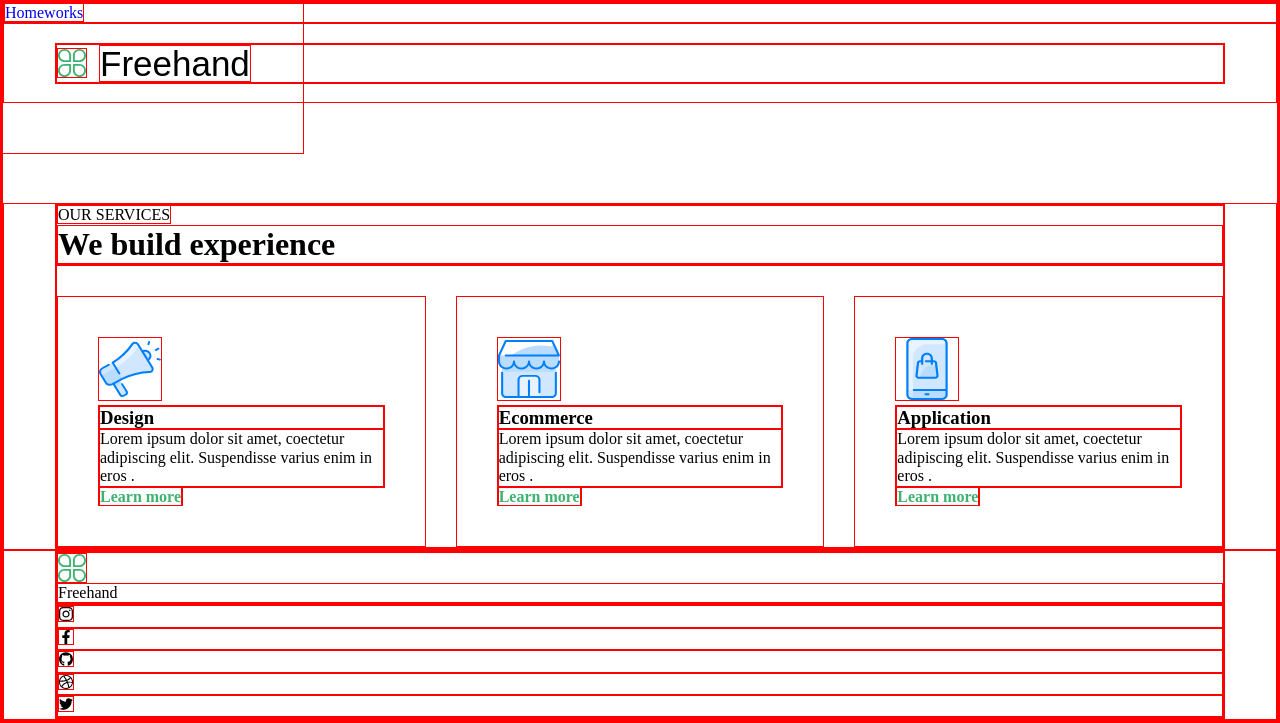
Repository: Tsiniavska/beetroot-test-project
Page: Homeworks/svg/index.html
These files come from the project's save history. The page is drawn as it stood at one moment and after the next save; the edit follows.
The browser window is 1280 px wide. The pictures show the whole page.
Some web fonts or font styles are not loaded; a fallback is used.

Above is the page before, as saved 2024-02-28 22:22:04.

### Homeworks/svg/index.html
<!DOCTYPE html>
<html lang="en">
  <head>
    <meta charset="UTF-8" />
    <meta name="viewport" content="width=device-width, initial-scale=1.0" />
    <title>SVG</title>
    <!-- Fonts -->

    <link rel="preconnect" href="https://fonts.googleapis.com" />
    <link rel="preconnect" href="https://fonts.gstatic.com" crossorigin />
    <link
      href="https://fonts.googleapis.com/css2?family=Nunito+Sans:ital,opsz,wght@0,6..12,200..1000;1,6..12,200..1000&family=Roboto&display=swap"
      rel="stylesheet"
    />
    <link rel="preconnect" href="https://fonts.googleapis.com" />
    <link rel="preconnect" href="https://fonts.gstatic.com" crossorigin />
    <link
      href="https://fonts.googleapis.com/css2?family=Quicksand:wght@500&display=swap"
      rel="stylesheet"
    />

    <!-- Styles -->
    <link rel="stylesheet" href="../../styles/normalize.css" />
    <link rel="stylesheet" href="../../styles/main.css" />
    <link rel="stylesheet" href="./index.css" />
    <link rel="stylesheet" href="./variables.css" />
  </head>
  <body>
    <!-- Icons -->
    <svg
      aria-hidden="true"
      style="position: absolute; overflow: hidden"
      xmlns="http://www.w3.org/2000/svg"
      xmlns:xlink="http://www.w3.org/1999/xlink"
    >
      <defs>
        <symbol id="icon-logo" viewBox="0 0 32 32">
          <path
            d="M7.467 0c-4.124 0-7.467 3.343-7.467 7.467s3.343 7.467 7.467 7.467v0h6.4c0.589 0 1.067-0.478 1.067-1.067v0-6.4c0-4.124-3.343-7.467-7.467-7.467v0zM2.133 7.467c0-2.946 2.388-5.333 5.333-5.333s5.333 2.388 5.333 5.333v0 5.333h-5.333c-2.946 0-5.333-2.388-5.333-5.333v0zM7.467 32c-4.124 0-7.467-3.343-7.467-7.467s3.343-7.467 7.467-7.467v0h6.4c0.589 0 1.067 0.478 1.067 1.067v0 6.4c0 4.124-3.343 7.467-7.467 7.467v0zM2.133 24.533c0 2.945 2.388 5.333 5.333 5.333s5.333-2.388 5.333-5.333v0-5.333h-5.333c-2.946 0-5.333 2.388-5.333 5.333v0zM32 7.467c0-4.124-3.343-7.467-7.467-7.467s-7.467 3.343-7.467 7.467v0 6.4c0 0.589 0.478 1.067 1.067 1.067v0h6.4c4.124 0 7.467-3.343 7.467-7.467v0zM24.533 2.133c2.945 0 5.333 2.388 5.333 5.333s-2.388 5.333-5.333 5.333v0h-5.333v-5.333c0-2.946 2.388-5.333 5.333-5.333v0zM24.533 32c4.124 0 7.467-3.343 7.467-7.467s-3.343-7.467-7.467-7.467v0h-6.4c-0.589 0-1.067 0.478-1.067 1.067v0 6.4c0 4.124 3.343 7.467 7.467 7.467v0zM29.867 24.533c0 2.945-2.388 5.333-5.333 5.333s-5.333-2.388-5.333-5.333v0-5.333h5.333c2.945 0 5.333 2.388 5.333 5.333v0z"
          ></path>
        </symbol>
        <symbol id="icon-twitter" viewBox="0 0 32 32">
          <path
            d="M28.711 9.482c0.020 0.284 0.020 0.569 0.020 0.853 0 8.67-6.599 18.66-18.66 18.66-3.716 0-7.168-1.076-10.071-2.944 0.528 0.061 1.036 0.081 1.584 0.081 3.066 0 5.888-1.036 8.142-2.802-2.883-0.061-5.3-1.949-6.132-4.548 0.406 0.061 0.812 0.102 1.239 0.102 0.589 0 1.178-0.081 1.726-0.223-3.005-0.609-5.259-3.249-5.259-6.437v-0.081c0.873 0.487 1.888 0.792 2.964 0.832-1.766-1.178-2.924-3.188-2.924-5.462 0-1.218 0.325-2.335 0.893-3.31 3.228 3.98 8.081 6.579 13.523 6.863-0.101-0.487-0.162-0.995-0.162-1.502 0-3.614 2.924-6.558 6.558-6.558 1.888 0 3.594 0.792 4.792 2.071 1.482-0.284 2.904-0.833 4.163-1.584-0.487 1.523-1.523 2.802-2.883 3.614 1.32-0.142 2.599-0.508 3.777-1.015-0.893 1.299-2.010 2.457-3.289 3.391z"
          ></path>
        </symbol>
        <symbol id="icon-facebook" viewBox="0 0 32 32">
          <path
            d="M23.446 18l0.889-5.791h-5.557v-3.758c0-1.584 0.776-3.129 3.265-3.129h2.526v-4.931c0 0-2.293-0.391-4.484-0.391-4.576 0-7.567 2.774-7.567 7.795v4.414h-5.087v5.791h5.087v14h6.261v-14h4.668z"
          ></path>
        </symbol>
        <symbol id="icon-instagram" viewBox="0 0 32 32">
          <path
            d="M16.004 7.797c-4.54 0-8.203 3.662-8.203 8.203s3.662 8.203 8.203 8.203 8.203-3.662 8.203-8.203c0-4.54-3.662-8.203-8.203-8.203zM16.004 21.333c-2.934 0-5.333-2.392-5.333-5.333s2.392-5.333 5.333-5.333 5.333 2.392 5.333 5.333c0 2.941-2.399 5.333-5.333 5.333zM26.455 7.462c0 1.064-0.857 1.913-1.913 1.913-1.064 0-1.913-0.857-1.913-1.913s0.857-1.913 1.913-1.913c1.057 0 1.913 0.857 1.913 1.913zM31.887 9.404c-0.121-2.563-0.707-4.833-2.584-6.703-1.87-1.87-4.14-2.456-6.703-2.584-2.641-0.15-10.558-0.15-13.2 0-2.556 0.121-4.826 0.707-6.703 2.577s-2.456 4.141-2.584 6.703c-0.15 2.641-0.15 10.558 0 13.2 0.121 2.563 0.707 4.833 2.584 6.703s4.141 2.456 6.703 2.584c2.641 0.15 10.558 0.15 13.2 0 2.563-0.121 4.833-0.707 6.703-2.584 1.87-1.87 2.456-4.141 2.584-6.703 0.15-2.641 0.15-10.551 0-13.193zM28.475 25.431c-0.557 1.399-1.635 2.477-3.041 3.041-2.106 0.835-7.103 0.642-9.43 0.642s-7.332 0.186-9.43-0.642c-1.399-0.557-2.477-1.635-3.041-3.041-0.835-2.106-0.643-7.103-0.643-9.431s-0.186-7.332 0.643-9.43c0.557-1.399 1.635-2.477 3.041-3.041 2.106-0.835 7.103-0.643 9.43-0.643s7.332-0.186 9.43 0.643c1.399 0.557 2.477 1.635 3.041 3.041 0.835 2.106 0.643 7.103 0.643 9.43s0.193 7.332-0.643 9.431z"
          ></path>
        </symbol>
        <symbol id="icon-github" viewBox="0 0 32 32">
          <path
            d="M10.703 25.522c0 0.129-0.148 0.232-0.335 0.232-0.213 0.019-0.361-0.084-0.361-0.232 0-0.129 0.148-0.232 0.335-0.232 0.194-0.019 0.361 0.084 0.361 0.232zM8.697 25.232c-0.045 0.129 0.084 0.277 0.277 0.316 0.168 0.065 0.361 0 0.4-0.129s-0.084-0.277-0.277-0.336c-0.168-0.045-0.355 0.019-0.4 0.148zM11.548 25.122c-0.187 0.045-0.316 0.168-0.297 0.316 0.019 0.129 0.187 0.213 0.381 0.168 0.187-0.045 0.316-0.168 0.297-0.297-0.019-0.123-0.194-0.206-0.381-0.187zM15.794 0.4c-8.948 0-15.794 6.794-15.794 15.742 0 7.155 4.503 13.277 10.935 15.432 0.826 0.148 1.116-0.361 1.116-0.781 0-0.4-0.019-2.607-0.019-3.961 0 0-4.516 0.968-5.465-1.923 0 0-0.736-1.877-1.794-2.361 0 0-1.477-1.013 0.103-0.993 0 0 1.606 0.129 2.49 1.664 1.413 2.49 3.781 1.774 4.703 1.348 0.148-1.032 0.568-1.748 1.032-2.174-3.606-0.4-7.245-0.923-7.245-7.129 0-1.774 0.49-2.665 1.523-3.8-0.168-0.419-0.716-2.148 0.168-4.381 1.348-0.419 4.452 1.742 4.452 1.742 1.29-0.361 2.677-0.548 4.052-0.548s2.761 0.187 4.052 0.548c0 0 3.103-2.168 4.452-1.742 0.884 2.239 0.336 3.961 0.168 4.381 1.032 1.142 1.664 2.032 1.664 3.8 0 6.226-3.8 6.723-7.406 7.129 0.594 0.51 1.097 1.477 1.097 2.993 0 2.174-0.019 4.865-0.019 5.394 0 0.419 0.297 0.929 1.116 0.781 6.452-2.142 10.826-8.264 10.826-15.419 0-8.948-7.258-15.742-16.206-15.742zM6.271 22.651c-0.084 0.064-0.064 0.213 0.045 0.335 0.103 0.103 0.252 0.148 0.335 0.065 0.084-0.065 0.064-0.213-0.045-0.336-0.103-0.103-0.252-0.148-0.335-0.064zM5.574 22.129c-0.045 0.084 0.019 0.187 0.148 0.252 0.103 0.064 0.232 0.045 0.277-0.045 0.045-0.084-0.019-0.187-0.148-0.252-0.129-0.039-0.232-0.019-0.277 0.045zM7.665 24.425c-0.103 0.084-0.064 0.277 0.084 0.4 0.148 0.148 0.336 0.168 0.419 0.065 0.084-0.084 0.045-0.277-0.084-0.4-0.142-0.148-0.335-0.168-0.419-0.065zM6.929 23.477c-0.103 0.064-0.103 0.232 0 0.381s0.277 0.213 0.361 0.148c0.103-0.084 0.103-0.252 0-0.4-0.090-0.148-0.258-0.213-0.361-0.129z"
          ></path>
        </symbol>
        <symbol id="icon-dribbble" viewBox="0 0 32 32">
          <path
            d="M16 0c-8.822 0-16 7.178-16 16s7.178 16 16 16c8.822 0 16-7.178 16-16s-7.178-16-16-16zM26.579 7.378c1.903 2.326 3.056 5.288 3.086 8.513-0.451-0.095-4.969-1.012-9.516-0.44-0.371-0.906-0.721-1.703-1.201-2.685 5.053-2.063 7.343-4.999 7.631-5.389zM25.059 5.798c-0.246 0.35-2.303 3.115-7.163 4.937-2.239-4.115-4.722-7.495-5.099-8.001 4.334-1.045 8.901 0.082 12.262 3.064zM10.19 3.653c0.36 0.494 2.802 3.878 5.067 7.904-6.393 1.698-12.023 1.673-12.634 1.665 0.886-4.241 3.744-7.765 7.568-9.569zM2.334 16.021c0-0.14 0.003-0.279 0.007-0.418 0.598 0.012 7.221 0.098 14.046-1.945 0.391 0.766 0.765 1.543 1.108 2.319-4.942 1.392-9.432 5.389-11.647 9.181-2.183-2.423-3.513-5.628-3.513-9.138zM7.611 26.802c1.428-2.918 5.302-6.685 10.811-8.565 1.919 4.986 2.712 9.165 2.915 10.364-4.394 1.872-9.678 1.358-13.727-1.799zM23.636 27.35c-0.14-0.831-0.867-4.832-2.655-9.744 4.283-0.685 8.045 0.437 8.513 0.584-0.609 3.803-2.792 7.087-5.858 9.16z"
          ></path>
        </symbol>
        <symbol id="icon-phone" viewBox="0 0 32 32">
          <path
            class="icon-change-color"
            fill="#d1e7ff"
            style="fill: var(--color1, #d1e7ff)"
            d="M23.839 0.533c1.259 0 2.28 0.955 2.28 2.133v26.667c0 1.178-1.021 2.133-2.28 2.133h-15.678c-1.259 0-2.28-0.955-2.28-2.133v-26.667c0-1.178 1.021-2.133 2.28-2.133h15.678z"
          ></path>
          <path
            class="icon-change-color"
            fill="#b9dcff"
            style="fill: var(--color2, #b9dcff)"
            d="M19.586 11.981c0.546 0 1.003 0.385 1.063 0.892l0.762 6.552c0.069 0.591-0.426 1.108-1.063 1.108h-8.697c-0.636 0-1.132-0.517-1.063-1.108l0.762-6.552c0.059-0.507 0.517-0.892 1.063-0.892h7.172z"
          ></path>
          <path
            class="icon-change-color"
            fill="#e8f3ff"
            style="fill: var(--color3, #e8f3ff)"
            d="M23.947 0.536c1.834 0.080 1.737 2.664-0.099 2.664h-7.42c-4.251 0-7.696 3.224-7.696 7.2v21.067h-0.57c-1.259 0-2.28-0.955-2.28-2.133v-26.667c0-1.178 1.021-2.133 2.28-2.133 0.103 0 15.702-0.001 15.786 0.002z"
          ></path>
          <path
            class="icon-change-color"
            fill="#b9dcff"
            style="fill: var(--color2, #b9dcff)"
            d="M26.119 26.8v2.533c0 1.178-1.021 2.133-2.28 2.133h-15.678c-1.259 0-2.28-0.955-2.28-2.133v-2.533h20.238z"
          ></path>
          <path
            class="icon-change-color"
            fill="#d1e7ff"
            style="fill: var(--color1, #d1e7ff)"
            d="M8.731 26.8v2.541c0 1.737-2.85 1.826-2.85-0.008v-2.533h2.85z"
          ></path>
          <path
            class="icon-change-color"
            fill="#d1e7ff"
            style="fill: var(--color1, #d1e7ff)"
            d="M19.586 13.981c-3.453 0-6.276 2.432-6.64 5.565-0.065 0.562-0.572 0.987-1.176 0.987h-0.118c-0.636 0-1.132-0.517-1.063-1.108l0.762-6.552c0.059-0.507 0.517-0.892 1.063-0.892h7.172c0.545 0 1.003 0.384 1.063 0.892 0.069 0.593-0.427 1.108-1.062 1.108z"
          ></path>
          <path
            class="icon-change-color"
            fill="#007ffc"
            style="fill: var(--color4, #007ffc)"
            d="M23.839 0h-15.678c-1.572 0-2.85 1.196-2.85 2.667v26.667c0 1.47 1.279 2.667 2.85 2.667h15.678c1.572 0 2.851-1.196 2.851-2.667v-26.667c0-1.47-1.279-2.667-2.851-2.667zM23.839 30.933h-15.678c-0.943 0-1.71-0.718-1.71-1.6v-26.667c0-0.882 0.767-1.6 1.71-1.6h15.678c0.943 0 1.71 0.718 1.71 1.6v23.6h-16.319c-0.315 0-0.57 0.239-0.57 0.533s0.255 0.533 0.57 0.533h16.319v2c0 0.882-0.767 1.6-1.71 1.6zM17.283 29c0 0.295-0.255 0.533-0.57 0.533h-1.425c-0.315 0-0.57-0.239-0.57-0.533s0.255-0.533 0.57-0.533h1.425c0.315 0 0.57 0.239 0.57 0.533zM11.652 21.067h8.697c0.975 0 1.735-0.793 1.629-1.699l-0.762-6.552c-0.091-0.779-0.791-1.367-1.629-1.367h-0.528v-0.987c-0-1.578-1.372-2.861-3.058-2.861s-3.058 1.283-3.058 2.861v0.987h-0.528c-0.838 0-1.539 0.588-1.629 1.367l-0.762 6.552c-0.106 0.907 0.655 1.699 1.629 1.699zM11.156 19.483l0.762-6.552c0.028-0.237 0.241-0.416 0.496-0.416h0.528v0.832c0 0.295 0.255 0.533 0.57 0.533s0.57-0.239 0.57-0.533v-2.886c0-0.989 0.86-1.794 1.918-1.794s1.918 0.805 1.918 1.794v0.987h-2.466c-0.315 0-0.57 0.239-0.57 0.533s0.255 0.533 0.57 0.533h2.466v0.832c0 0.295 0.255 0.533 0.57 0.533s0.57-0.239 0.57-0.533v-0.832h0.528c0.255 0 0.468 0.179 0.496 0.416l0.762 6.552c0.032 0.276-0.198 0.517-0.496 0.517h-8.697c-0.297 0-0.528-0.24-0.496-0.517z"
          ></path>
        </symbol>
        <symbol id="icon-megaphone" viewBox="0 0 32 32">
          <path
            fill="#d1e7ff"
            style="fill: var(--color1, #d1e7ff)"
            d="M27.482 15.2c0.639 1.036-0.127 2.337-1.405 2.383-4.667 0.171-9.425 1.261-13.911 3.408l-1.483 0.801c0 0.006-0.020-0.033 3.591 5.843 0.331 0.538 0.135 1.224-0.439 1.535l-1.17 0.632c-0.574 0.31-1.309 0.126-1.64-0.412l-3.602-5.836-0.585 0.316c-1.149 0.62-2.617 0.252-3.281-0.823l-2.701-4.377c-0.663-1.075-0.269-2.449 0.879-3.069l5.329-2.878c4.072-2.464 7.523-5.728 10.11-9.566 0.682-1.012 2.269-0.983 2.909 0.053l2.311 3.746c1.328-0.717 3.027-0.291 3.793 0.951s0.311 2.831-1.017 3.548l2.312 3.746z"
          ></path>
          <path
            fill="#d1e7ff"
            style="fill: var(--color1, #d1e7ff)"
            d="M26.186 7.906c0.767 1.242 0.311 2.831-1.017 3.548l-2.777-4.499c1.328-0.717 3.027-0.291 3.793 0.951z"
          ></path>
          <path
            fill="#e8f3ff"
            style="fill: var(--color3, #e8f3ff)"
            d="M20.082 3.209c0.319 0.517 0.299 1.159-0.054 1.657-2.848 4.014-6.664 7.641-11.332 10.466l-6.243 3.372c-0.429 0.232-0.768 0.553-1.005 0.924l-0.592-0.959c-0.663-1.075-0.269-2.449 0.879-3.069l5.329-2.878c4.072-2.464 7.523-5.728 10.11-9.566 0.682-1.012 2.269-0.983 2.909 0.053z"
          ></path>
          <path
            fill="#b9dcff"
            style="fill: var(--color2, #b9dcff)"
            d="M7.063 12.723l5.103 8.269c-1.023 0.552-4.308 2.326-5.329 2.878-1.149 0.62-2.617 0.252-3.281-0.823l-2.701-4.377c-0.663-1.075-0.269-2.449 0.879-3.069l5.329-2.878z"
          ></path>
          <path
            fill="#d1e7ff"
            style="fill: var(--color1, #d1e7ff)"
            d="M8.679 15.341c-6.781 3.662-6.331 3.407-6.55 3.566-0.412 0.3-1.013 0.185-1.274-0.238-0.663-1.075-0.269-2.449 0.879-3.069l5.329-2.878 1.616 2.619z"
          ></path>
          <path
            fill="#b9dcff"
            style="fill: var(--color2, #b9dcff)"
            d="M11.653 23.373c-1.897 1.028-0.501 0.271-3.257 1.759l-0.975-1.578 3.261-1.761 0.971 1.58z"
          ></path>
          <path
            fill="#b9dcff"
            style="fill: var(--color2, #b9dcff)"
            d="M26.020 10.741c-0.22 0.283-0.506 0.528-0.851 0.713l-2.777-4.499c0.345-0.186 0.715-0.295 1.086-0.332 0.14 0.226 2.419 3.921 2.541 4.118z"
          ></path>
          <path
            fill="#007ffc"
            style="fill: var(--color4, #007ffc)"
            d="M25.877 11.602c2.081-1.591 1.362-4.736-1.238-5.388-0.68-0.17-1.383-0.135-2.028 0.095l-2.067-3.349c-0.841-1.363-2.927-1.399-3.822-0.070-2.542 3.772-5.928 6.98-9.949 9.414-0.229 0.138-0.314 0.424-0.178 0.657 0.022 0.037 3.445 5.583 3.468 5.62 0.147 0.239 0.473 0.32 0.729 0.183s0.342-0.443 0.195-0.682l-3.21-5.202c3.834-2.397 7.229-5.571 9.848-9.458 0.468-0.695 1.557-0.674 1.996 0.037l7.4 11.991c0.439 0.711-0.087 1.604-0.964 1.636-4.917 0.179-9.732 1.356-14.133 3.462-0.019 0.009-5.009 2.705-5.353 2.89-0.892 0.482-2.037 0.195-2.552-0.64l-2.701-4.378c-0.515-0.834-0.208-1.905 0.684-2.387l3.251-1.756c0.255-0.138 0.342-0.443 0.195-0.682s-0.474-0.32-0.729-0.183l-3.251 1.756c-1.401 0.757-1.883 2.439-1.074 3.75l2.702 4.377c0.809 1.311 2.608 1.762 4.009 1.005l0.123-0.066 3.335 5.404c0.479 0.776 1.538 1.042 2.369 0.594l1.17-0.632c0.83-0.448 1.114-1.439 0.635-2.216l-2.364-3.83c-0.147-0.239-0.474-0.32-0.729-0.183s-0.342 0.443-0.195 0.682l2.364 3.83c0.184 0.299 0.075 0.68-0.244 0.853l-1.17 0.632c-0.319 0.172-0.727 0.070-0.912-0.229l-3.335-5.404 4.27-2.307c4.179-1.997 8.828-3.171 13.677-3.347 1.681-0.061 2.686-1.771 1.846-3.132l-2.067-3.349zM25.724 8.155c0.527 0.853 0.337 1.912-0.391 2.565l-2.179-3.531c0.955-0.262 2.035 0.099 2.57 0.966zM30.941 5.937l-1.38 0.745c-0.255 0.138-0.581 0.056-0.729-0.183s-0.060-0.544 0.195-0.682l1.38-0.745c0.255-0.138 0.581-0.056 0.729 0.183s0.060 0.544-0.195 0.682zM25.006 3.093l0.337-1.175c0.076-0.266 0.369-0.424 0.653-0.353s0.453 0.345 0.377 0.611l-0.337 1.175c-0.076 0.265-0.368 0.424-0.653 0.353-0.284-0.071-0.453-0.345-0.377-0.611zM31.982 11.265c-0.064 0.223-0.279 0.37-0.515 0.37-0.096 0-0.029 0.010-1.394-0.332-0.285-0.071-0.453-0.345-0.377-0.611s0.369-0.424 0.653-0.353l1.256 0.315c0.284 0.071 0.453 0.345 0.377 0.611z"
          ></path>
        </symbol>
        <symbol id="icon-building" viewBox="0 0 32 32">
          <path
            fill="#d1e7ff"
            style="fill: var(--color1, #d1e7ff)"
            d="M29.862 12.11v16.36c0 1.102-0.955 1.995-2.133 1.995h-23.461c-1.178 0-2.133-0.893-2.133-1.995 0-15.466-0.001-12.569 0.005-16.36h27.722z"
          ></path>
          <path
            fill="#b9dcff"
            style="fill: var(--color2, #b9dcff)"
            d="M29.862 12.11v3.779c0 0.818-0.701 1.495-1.575 1.498-0.010 0-24.561 0-24.578 0-0.874-0.004-1.574-0.681-1.574-1.498 0-1.091-0.001-0.338 0.005-3.779h27.722z"
          ></path>
          <path
            fill="#e8f3ff"
            style="fill: var(--color3, #e8f3ff)"
            d="M21.397 21.549v8.916h-10.798v-8.916c0-1.102 0.955-1.995 2.133-1.995h6.532c1.178 0 2.133 0.893 2.133 1.995z"
          ></path>
          <path
            fill="#b9dcff"
            style="fill: var(--color2, #b9dcff)"
            d="M31.462 12.11c0 1.996-1.73 3.617-3.866 3.617s-3.866-1.619-3.866-3.617c0 1.997-1.731 3.617-3.866 3.617s-3.866-1.619-3.866-3.617c0 1.997-1.731 3.617-3.866 3.617s-3.866-1.619-3.866-3.617c-0.003 1.984-1.749 3.617-3.866 3.617-2.114 0-3.862-1.63-3.866-3.617 0-3.143-0.009-2.95 0.023-3.094 0.032-0.142-0.19 0.36 3.164-6.881 0.169-0.365 0.554-0.601 0.978-0.601h22.595c0.424 0 0.809 0.236 0.978 0.601 3.356 7.246 3.132 6.74 3.164 6.881 0.032 0.144 0.023-0.053 0.023 3.094z"
          ></path>
          <path
            fill="#b9dcff"
            style="fill: var(--color2, #b9dcff)"
            d="M31.462 12.11c0 1.996-1.73 3.616-3.866 3.616s-3.866-1.619-3.866-3.616c0 1.997-1.731 3.616-3.866 3.616s-3.866-1.619-3.866-3.616c0 1.997-1.731 3.616-3.866 3.616s-3.866-1.619-3.866-3.616c-0.003 1.984-1.749 3.616-3.866 3.616-2.114 0-3.862-1.63-3.866-3.616-0.005-3.16-0.004-2.971 0.023-3.094h30.88c0.032 0.144 0.023-0.053 0.023 3.094z"
          ></path>
          <path
            fill="#fff"
            style="fill: var(--color5, #fff)"
            d="M27.008 4.2c-6.77-0.872-13.603 0.246-19.129 4.142-0.622 0.439-1.38 0.675-2.159 0.675h-5.16c0.032-0.142-0.19 0.36 3.164-6.881 0.169-0.365 0.554-0.601 0.978-0.601h22.595c0.425 0 0.809 0.236 0.978 0.601l0.149 0.321c0.416 0.899-0.378 1.878-1.415 1.744z"
          ></path>
          <path
            fill="#007ffc"
            style="fill: var(--color4, #007ffc)"
            d="M30.395 17.933v10.538c0 1.375-1.196 2.494-2.666 2.494h-23.461c-1.47 0-2.666-1.119-2.666-2.494v-10.538c0-0.275 0.239-0.499 0.533-0.499s0.533 0.223 0.533 0.499v10.538c0 0.825 0.718 1.497 1.6 1.497h5.799v-8.418c0-1.375 1.196-2.494 2.666-2.494h6.532c1.47 0 2.666 1.119 2.666 2.494v6.422c0 0.275-0.239 0.499-0.533 0.499s-0.533-0.223-0.533-0.499v-6.422c0-0.825-0.718-1.497-1.6-1.497h-6.532c-0.882 0-1.6 0.671-1.6 1.497v8.418h4.332v-7.857c0-0.275 0.239-0.499 0.533-0.499s0.533 0.223 0.533 0.499v7.857h11.197c0.882 0 1.6-0.671 1.6-1.497v-10.538c0-0.275 0.239-0.499 0.533-0.499s0.533 0.223 0.533 0.499zM3.468 9.016c0 0.275 0.239 0.499 0.533 0.499 29.011 0 27.573 0.049 27.785-0.104 0.111-0.080 0.183-0.195 0.203-0.326 0.030-0.2 0.221 0.293-3.504-7.75-0.085-0.182-0.277-0.3-0.489-0.3h-23.994c-0.212 0-0.405 0.118-0.489 0.3l-3.466 7.482c-0.061 0.132-0.044-0.078-0.044 3.293 0.004 2.269 1.977 4.115 4.399 4.115 1.665 0 3.118-0.872 3.865-2.155 1.668 2.868 6.062 2.871 7.733 0.002 1.67 2.867 6.061 2.867 7.732 0 0.746 1.281 2.199 2.153 3.866 2.153 2.426 0 4.399-1.846 4.399-4.115 0-0.275-0.239-0.499-0.533-0.499s-0.533 0.223-0.533 0.499c0 1.719-1.495 3.118-3.333 3.118s-3.332-1.399-3.332-3.118c0-0.275-0.239-0.499-0.533-0.499s-0.533 0.223-0.533 0.499c0 1.719-1.495 3.118-3.333 3.118s-3.333-1.399-3.333-3.118c0-0.275-0.239-0.499-0.533-0.499s-0.533 0.223-0.533 0.499c0 1.719-1.495 3.118-3.333 3.118-1.797 0-3.332-1.351-3.332-3.143 0-0.275-0.239-0.499-0.533-0.499s-0.533 0.223-0.533 0.499c0 1.777-1.526 3.143-3.333 3.143-1.835 0-3.33-1.399-3.333-3.118v-2.99l3.283-7.087h23.294l3.004 6.485h-26.648c-0.295 0-0.533 0.223-0.533 0.499z"
          ></path>
        </symbol>
      </defs>
    </svg>

    <div class="app">
      <!-- link homeworks -->
      <div>
        <a href="../../index.html">Homeworks</a>
      </div>

      <!-- Header -->
      <header class="header">
        <div class="wrapper">
          <div class="header-wrapper">
            <svg class="icon icon-logo">
              <use xlink:href="#icon-logo"></use>
            </svg>
            <div class="header-title">Freehand</div>
          </div>
        </div>
      </header>

      <!-- Main-->
      <main class="content">
        <div class="wrapper">
          <div class="content-topic">
            <span>OUR SERVICES</span>
            <h1 class="content-title">We build experience</h1>
          </div>

          <!-- content colums -->
          <div class="content-blocks">
            <div class="content-blocks-item">
              <svg class="icon icon-megaphone icon-content">
                <use xlink:href="#icon-megaphone"></use>
              </svg>
              <div class="content-blocks-item-text">
                <h3>Design</h3>
                <p>
                  Lorem ipsum dolor sit amet, coectetur adipiscing elit.
                  Suspendisse varius enim in eros .
                </p>
              </div>

              <a class="content-blocks-link" href="#"><b>Learn more</b></a>
            </div>
            <div class="content-blocks-item">
              <svg class="icon icon-building icon-content">
                <use xlink:href="#icon-building"></use>
              </svg>
              <div class="content-blocks-item-text">
                <h3>Ecommerce</h3>
                <p>
                  Lorem ipsum dolor sit amet, coectetur adipiscing elit.
                  Suspendisse varius enim in eros .
                </p>
              </div>

              <a class="content-blocks-link" href="#"><b>Learn more</b></a>
            </div>

            <div class="content-blocks-item">
              <svg class="icon icon-phone icon-content">
                <use xlink:href="#icon-phone"></use>
              </svg>
              <div class="content-blocks-item-text">
                <h3>Application</h3>
                <p>
                  Lorem ipsum dolor sit amet, coectetur adipiscing elit.
                  Suspendisse varius enim in eros .
                </p>
              </div>

              <a class="content-blocks-link" href="#"><b>Learn more</b></a>
            </div>
          </div>
        </div>
      </main>

      <!-- Footer -->
      <footer class="footer">
        <div class="wrapper footer-content">
          <div class="footer-logo">
            <svg class="icon icon-logo">
              <use xlink:href="#icon-logo"></use>
            </svg>
            <div class="footer-title">Freehand</div>
          </div>
          <div class="footer-icon-block">
            <div class="footer-icon-block-item">
              <svg class="icon icon-instagram icon-footer-size">
                <use xlink:href="#icon-instagram"></use>
              </svg>
            </div>
            <div class="footer-icon-block-item">
              <svg class="icon icon-facebook icon-footer-size">
                <use xlink:href="#icon-facebook"></use>
              </svg>
            </div>
            <div class="footer-icon-block-item">
              <svg class="icon icon-github icon-footer-size">
                <use xlink:href="#icon-github"></use>
              </svg>
            </div>
            <div class="footer-icon-block-item">
              <svg class="icon icon-dribbble icon-footer-size">
                <use xlink:href="#icon-dribbble"></use>
              </svg>
            </div>
            <div class="footer-icon-block-item">
              <svg class="icon icon-twitter icon-footer-size">
                <use xlink:href="#icon-twitter"></use>
              </svg>
            </div>
          </div>
        </div>
      </footer>
    </div>
  </body>
</html>

### Homeworks/svg/index.css
.wrapper {
  max-width: 1170px;
  width: 100%;
  margin: 0 auto;
}

/* Header */

.header {
  min-height: var(--h-header);
  width: 100%;
  display: flex;
  align-items: center;
}

.header-wrapper {
  display: flex;
  align-items: center;
  gap: 12px;
}

.icon-logo {
  width: 30px;
  height: 30px;
  color: var(--c-green);
  display: flex;
}

.header-title {
  font-family: var(--f-logo);
  font-size: 2.188em;
  line-height: 35px;
}

/* Content blocks */

.content {
  margin-top: 100px;
}

.content-blocks {
  display: flex;
  align-items: center;
  gap: 30px;
}

.content-blocks-item {
  padding: 40px;
  margin-top: 30px;
}

.icon-content {
  width: 64px;
  height: 64px;
}

.content-blocks-item-text {
  font-family: var(--f-text: "Roboto", sans-serif);
}

.content-blocks-link {
  color: var(--c-green);
}

### Homeworks/svg/variables.css
:root {
  /* Color */
  --c-green: #3db370;
  --c-dark-blue: #16133d;
  --c-silver: #e5eaf4;
  --c-silver-2: #efeef3;
  --c-white: #ffffff;
  /* Fonts */
  --f-h1: "Nunito Sans", sans-serif;
  --f-text: "Roboto", sans-serif;
  --f-logo: "Quicksand", sans-serif;
  /* Height */
  --h-header: 80px;
  --h-footer: 210px;
}

Loaded but not shown: styles/normalize.css (library); styles/main.css (45 lines, source omitted)

After the next save:
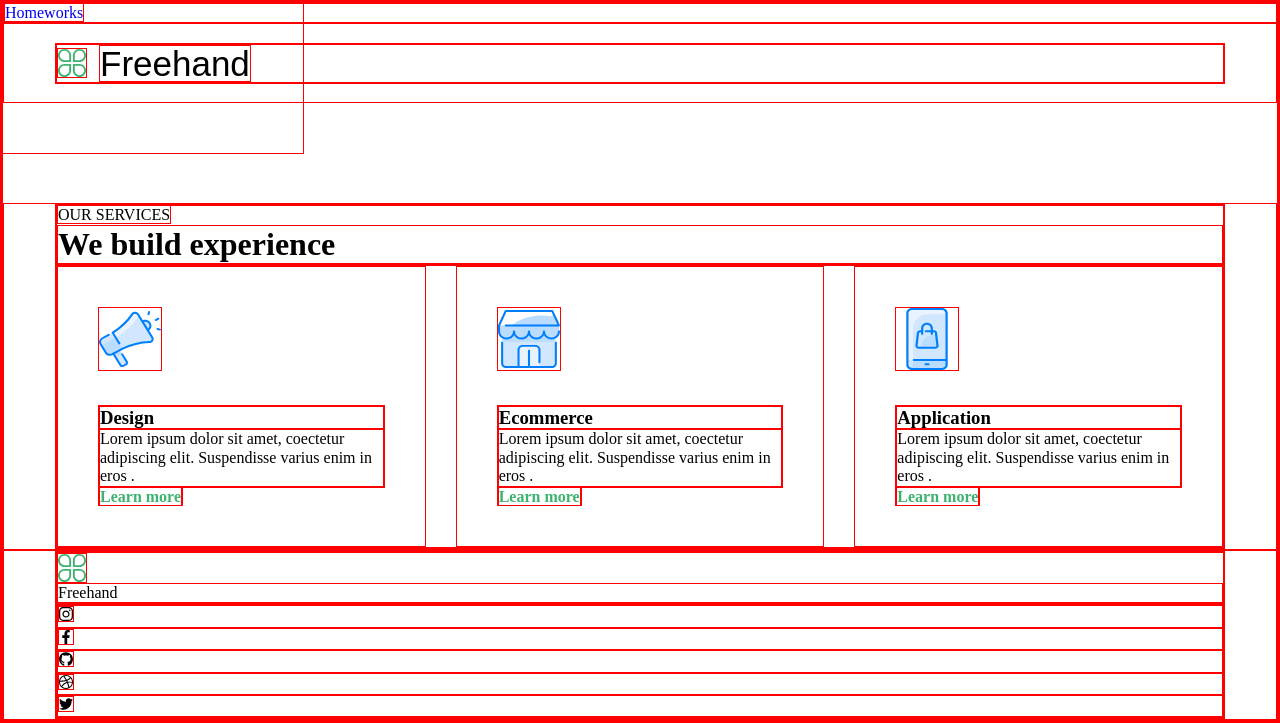
Saved 23 s later.
--- a/Homeworks/svg/index.css
+++ b/Homeworks/svg/index.css
@@ -46,7 +46,6 @@
 
 .content-blocks-item {
   padding: 40px;
-  margin-top: 30px;
 }
 
 .icon-content {
@@ -56,6 +55,7 @@
 
 .content-blocks-item-text {
   font-family: var(--f-text: "Roboto", sans-serif);
+  margin-top: 30px;
 }
 
 .content-blocks-link {
